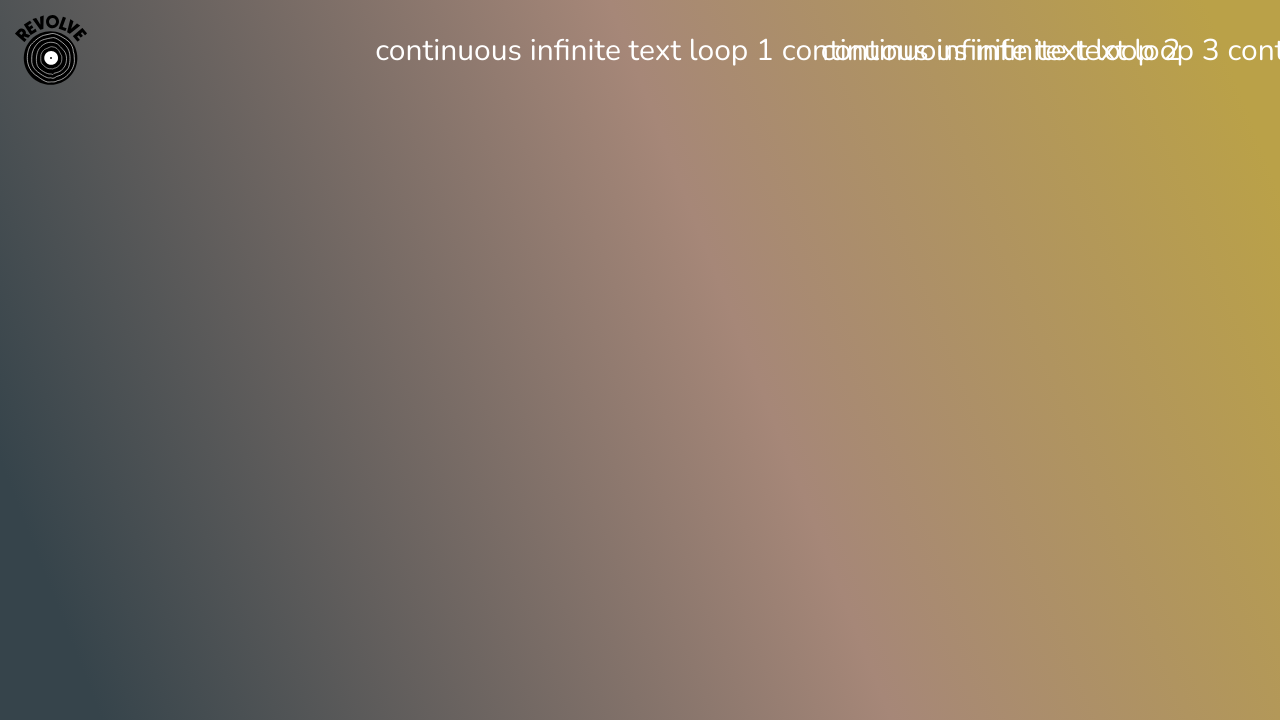
Repository: julianm09/revolve-app
Page: /
These files come from the project's save history. The page is drawn as it stood at one moment and after the next save; the edit follows.
The browser window is 1280 px wide. The pictures show the whole page.
The project was rebuilt for these pictures with package versions that can differ from the ones it lists, and the page was loaded fresh each time. The framework's server and built-in components were replaced by stand-ins that run in the browser. Also part of the build but not shown: next.config.js, data/albums.js, comps/AlbumGrid/index.js, comps/MainButton/index.js, comps/NowPlaying/index.js.

Above is the page before, as saved 2021-10-07 13:54:32.

After the next save:
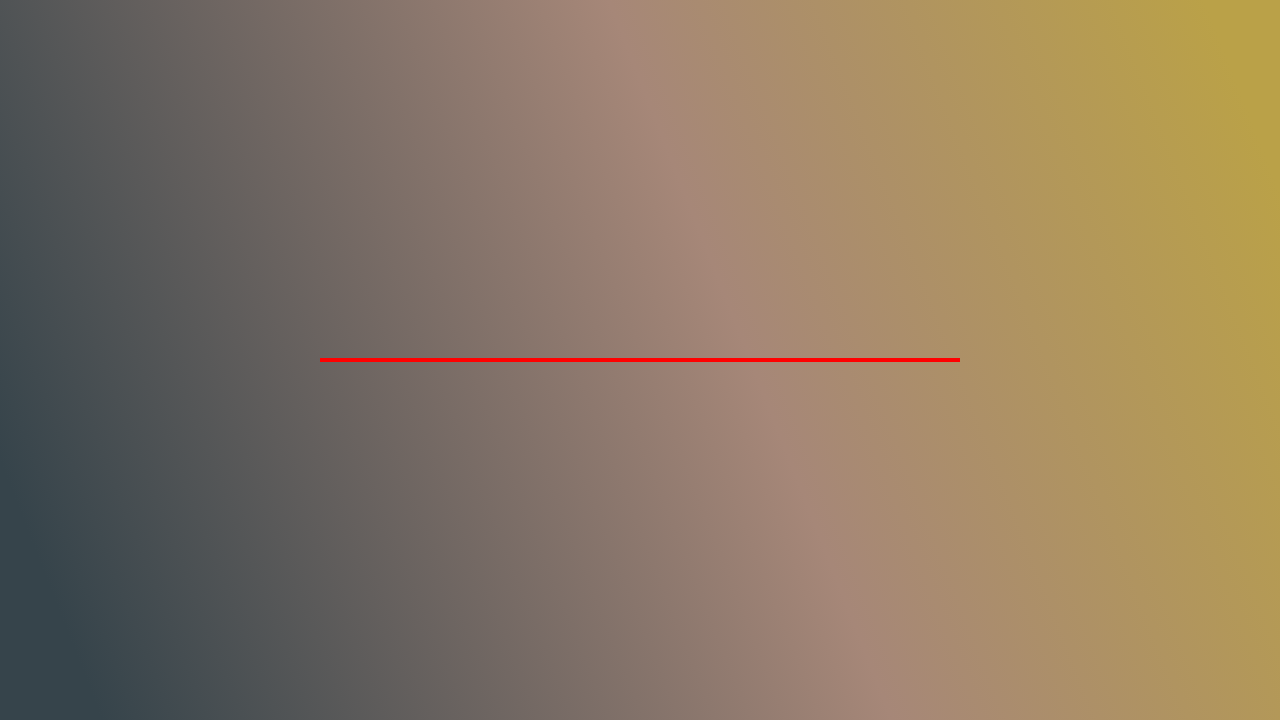
Saved 38 s later.
--- a/pages/index.js
+++ b/pages/index.js
@@ -6,7 +6,7 @@
 import NowPlaying from "@/comps/NowPlaying";
 import TrackLoop from "@/comps/TrackLoop";
 import { useRouter } from 'next/router';
-import Logo from "@/comps/Header";
+import Logo from "@/comps/LogoMain";
 
 
 const Main = styled.div`
